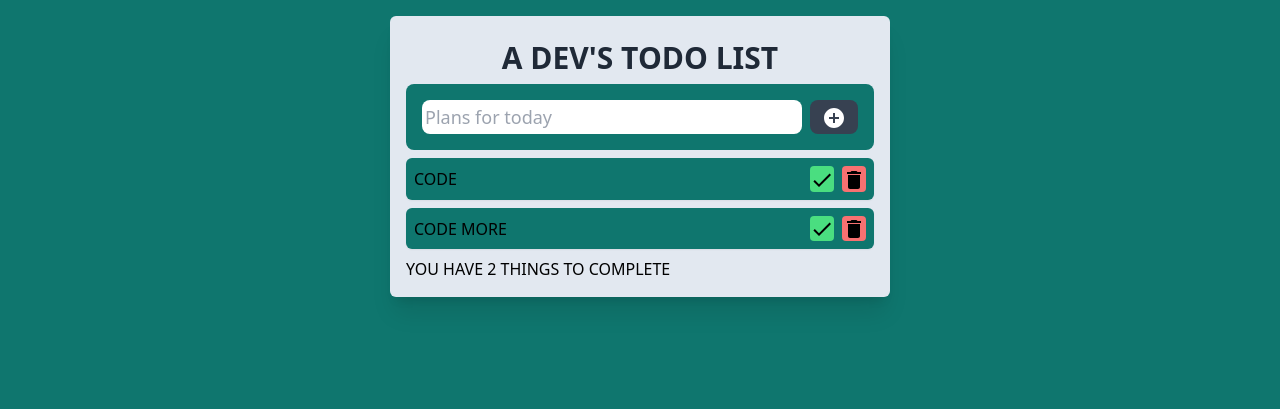
Repository: DevAntonioRogers/React-Todo-CRUD-App
Page: /
The author's editor kept a copy of each file at every save. The page is drawn from the files as they stood at one save, then again after the next save.
The browser window is 1280 px wide. The pictures show the whole page.
The project was rebuilt for these pictures with package versions that can differ from the ones it lists, and the page was loaded fresh each time. Also part of the build but not shown: vite.config.ts.

Above is the page before, as saved 2023-05-14 20:00:06.

### src/App.tsx
import Form from "./components/Form";

import { useState } from "react";
import Todo from "./components/Todo";

const App = () => {
  const [todo, setTodo] = useState(["code", "code more"]);

  return (
    <div className="h-screen w-screen p-4 bg-teal-700">
      <div className="bg-slate-200 max-w-[500px] w-full m-auto rounded-md shadow-xl p-4">
        <h1 className="text-3xl font-bold text-center text-gray-800 p-2">A DEV'S TODO LIST</h1>
        <Form />
        <ul>
          {todo.map((todos, index) => (
            <Todo key={index} todos={todos} />
          ))}
        </ul>
        <p>YOU HAVE 2 THINGS TO COMPLETE</p>
      </div>
    </div>
  );
};

export default App;

### src/components/Form.tsx
import AddCircleIcon from "@mui/icons-material/AddCircle";

const Form = () => {
  return (
    <form className="flex justify-between bg-teal-700 p-4 rounded-lg items-center">
      <input className="w-full text-lg rounded-lg p-[3px]" type="text" placeholder="Plans for today" />
      <button className="ml-2 p-1 bg-gray-700 px-3 rounded-lg text-white">
        <AddCircleIcon />
      </button>
    </form>
  );
};

export default Form;

### src/components/Todo.tsx
import CheckIcon from "@mui/icons-material/Check";
import DeleteIcon from "@mui/icons-material/Delete";

interface TodoProps {
  todos: string;
}

const Todo = ({ todos }: TodoProps) => {
  return (
    <li className="p-2 bg-teal-700 my-2 rounded-md uppercase shadow-sm">
      <div className="flex items-center justify-between">
        <p>{todos}</p>
        <div className="flex flex-column gap-2">
          <button className="bg-green-400 w-full rounded">
            <CheckIcon />
          </button>
          <button className="bg-red-400 w-full rounded">
            <DeleteIcon />
          </button>
        </div>
      </div>
    </li>
  );
};

export default Todo;

Loaded but not shown: index.html (common file); src/main.tsx (common file); src/index.css (common file); tailwind.config.js (common file)

After the next save:
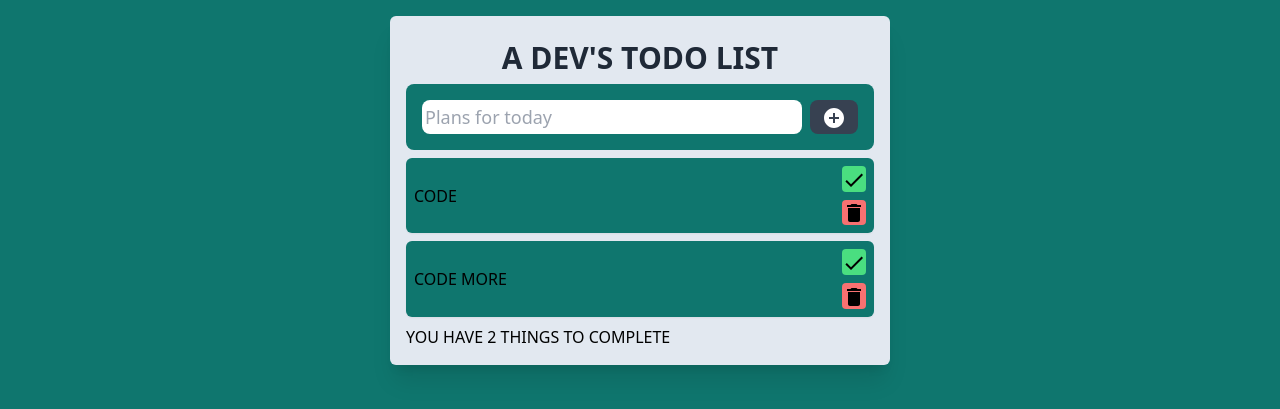
Saved 19 s later.
--- a/src/components/Todo.tsx
+++ b/src/components/Todo.tsx
@@ -10,7 +10,7 @@
     <li className="p-2 bg-teal-700 my-2 rounded-md uppercase shadow-sm">
       <div className="flex items-center justify-between">
         <p>{todos}</p>
-        <div className="flex flex-column gap-2">
+        <div className="flex flex-col gap-2">
           <button className="bg-green-400 w-full rounded">
             <CheckIcon />
           </button>

After the save that followed:
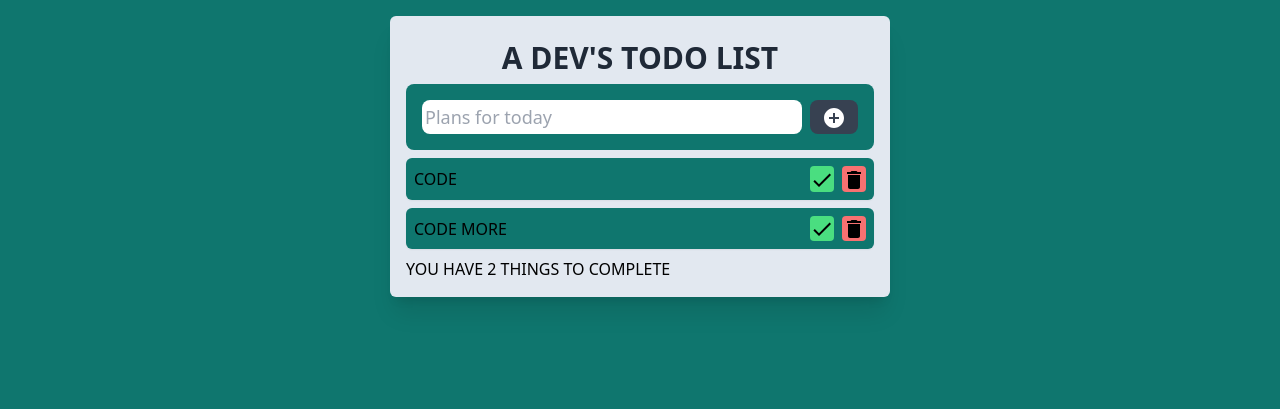
Saved 23 s later.
--- a/src/components/Todo.tsx
+++ b/src/components/Todo.tsx
@@ -10,7 +10,7 @@
     <li className="p-2 bg-teal-700 my-2 rounded-md uppercase shadow-sm">
       <div className="flex items-center justify-between">
         <p>{todos}</p>
-        <div className="flex flex-col gap-2">
+        <div className="flex gap-2">
           <button className="bg-green-400 w-full rounded">
             <CheckIcon />
           </button>
